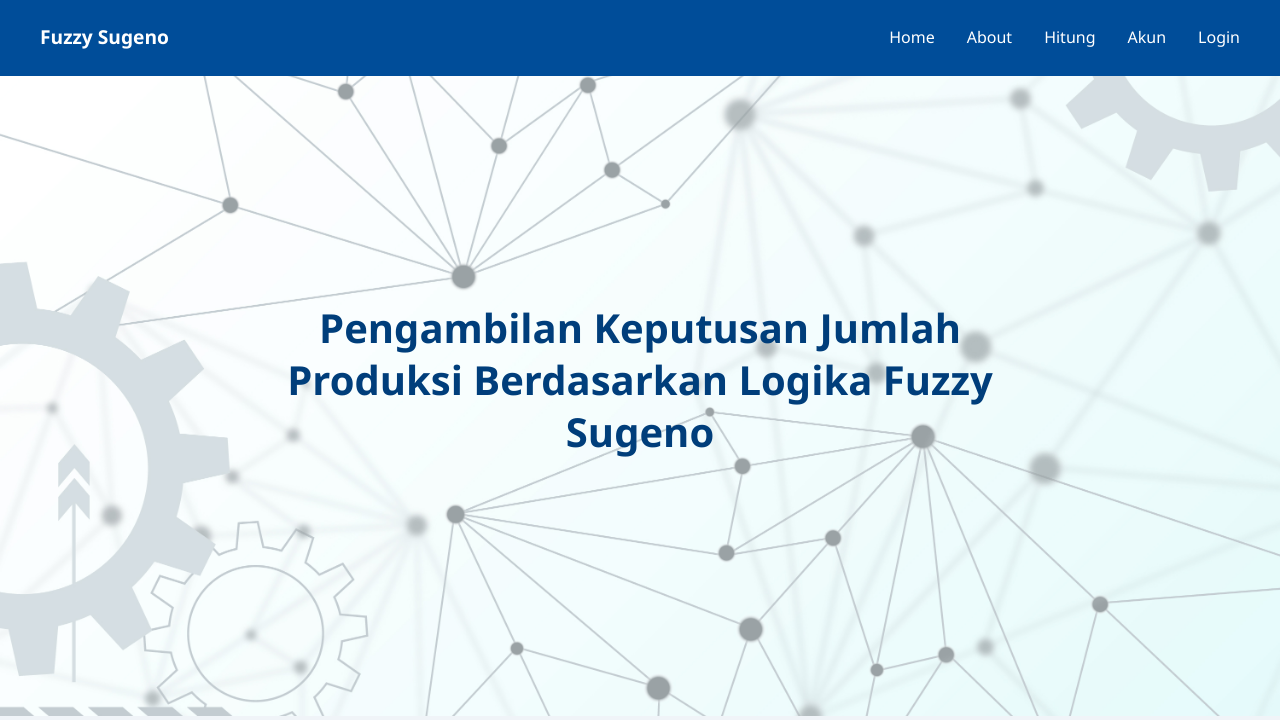
Repository: Senicccc/Defuzzy-Sugeno
Page: http://localhost/php/about.php
The author's editor kept a copy of each file at every save. The page is drawn from the files as they stood at one save, then again after the next save.
The browser window is 1280 px wide. The pictures show the whole page.
The page is run by PHP 8.4 with error messages shown; the project is at /var/www/html/.

Above is the page before, as saved 2025-06-09 11:17:33.

After the next save:
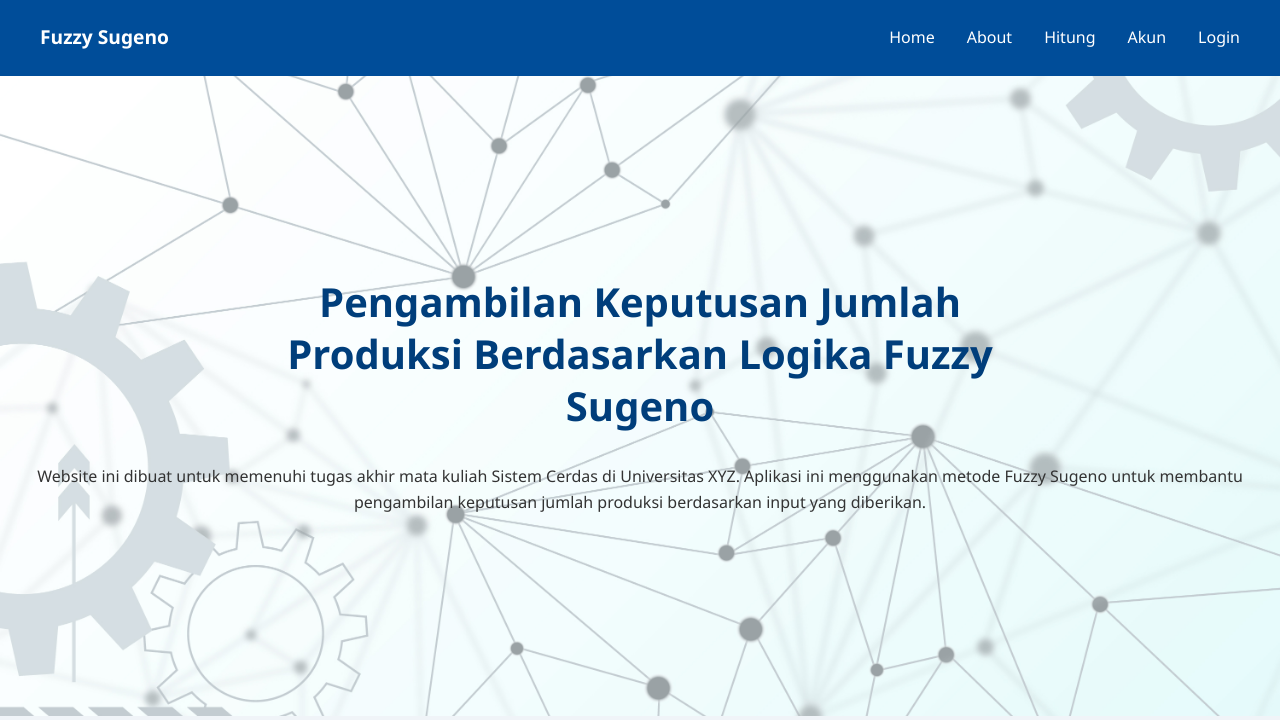
Saved 4 s later.
--- a/php/about.php
+++ b/php/about.php
@@ -17,7 +17,9 @@
 
     <section class="hero" style="background: url('img/menu-bg.jpg') center center/cover no-repeat;">
         <h1>Pengambilan Keputusan Jumlah Produksi Berdasarkan Logika Fuzzy Sugeno</h1>
-
+        <p>Website ini dibuat untuk memenuhi tugas akhir mata kuliah Sistem Cerdas di Universitas XYZ.
+            Aplikasi ini menggunakan metode Fuzzy Sugeno untuk membantu pengambilan keputusan jumlah produksi
+            berdasarkan input yang diberikan.</p>
     </section>
 
 </body>
